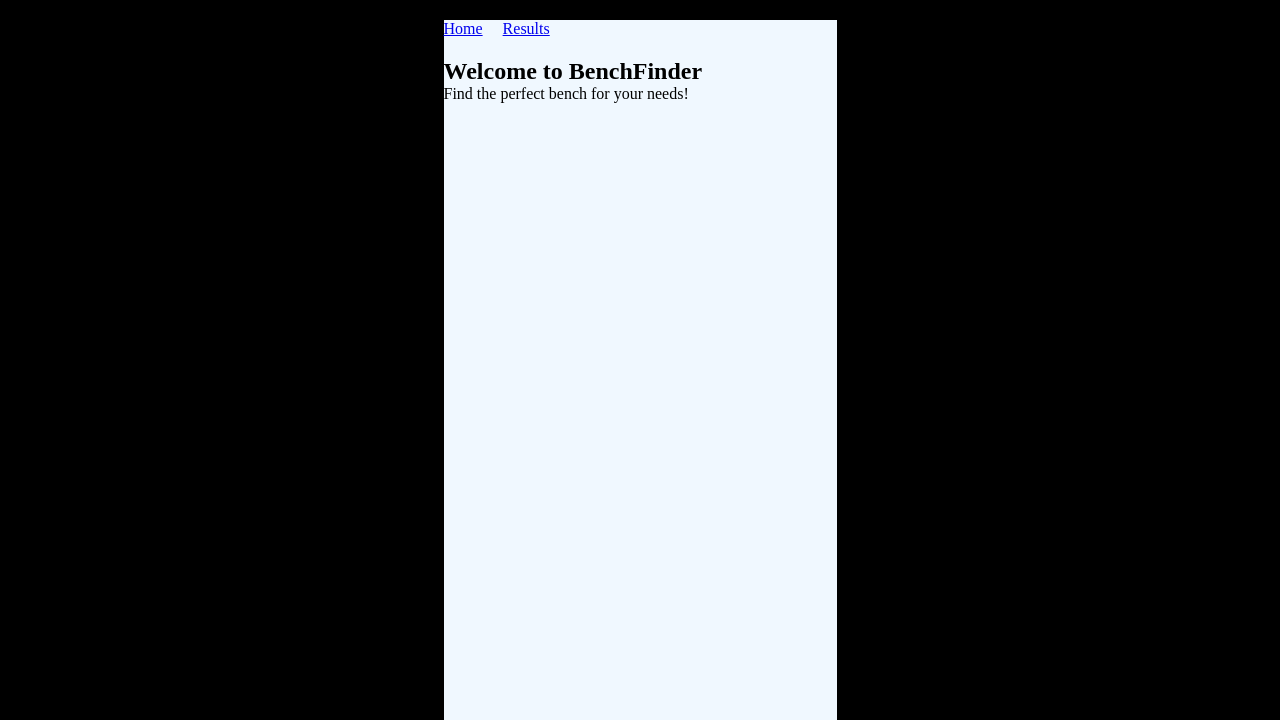
Repository: HidayatPatil/BenchFinder
Page: /
The author's editor kept a copy of each file at every save. The page is drawn from the files as they stood at one save, then again after the next save.
The browser window is 1280 px wide. The pictures show the whole page.
The project was rebuilt for these pictures with package versions that can differ from the ones it lists, and the page was loaded fresh each time. Also part of the build but not shown: vite.config.js, src/Results.jsx.

Above is the page before, as saved 2025-10-09 18:07:16.

### index.html
<!doctype html>
<html lang="en">
  <head>
    <meta charset="UTF-8" />
    <link rel="icon" type="image/svg+xml" href="/vite.svg" />
    <meta name="viewport" content="width=device-width, initial-scale=1.0" />
    <title>benchfinder</title>
  </head>
  <body>
    <div id="root"></div>
    <script type="module" src="/src/main.jsx"></script>
  </body>
</html>

### src/index.css
/* Reset default margins and padding */
* {
    margin: 0;
    padding: 0;
    box-sizing: border-box;
}

body, html {
    width: 100%;
    height: 100%;
    overflow: hidden;
    background-color: black;
    display: flex;
    justify-content: center;
    align-items: center;
}

#root {
    width: 393px;
    min-width: 320px;
    max-width: 425px;
    height: 100vh;
    background-color: rgb(0, 0, 0);
    position: relative;
}

.app_body {
    width: 393px;
    min-width: 320px;
    max-width: 425px;
    height: 100%;
    background-color: aliceblue;
    margin: 0 auto;
}

### src/App.jsx
import { Routes, Route, Link } from 'react-router-dom'
import Result from './Results'
import Home from './Home'

export default function App(){
  return (
    <div className="app_body">
      {/* <h1 className="container">BenchFinder App</h1> */}
      <nav style={{ marginTop: '20px' }}>
        <Link to="/" style={{ marginRight: '20px' }}>Home</Link>
        <Link to="/results">Results</Link>
      </nav>

      <Routes>
        <Route path="/" element={<Home />} />
        <Route path="/results" element={<Result />} />
      </Routes>
    </div>
  )
}

### src/Home.jsx
export default function Home() {
  return (
    <div style={{ marginTop: '20px' }}>
      <h2>Welcome to BenchFinder</h2>
      <p>Find the perfect bench for your needs!</p>
    </div>
  )
}

Loaded but not shown: src/main.jsx (common file)

After the next save:
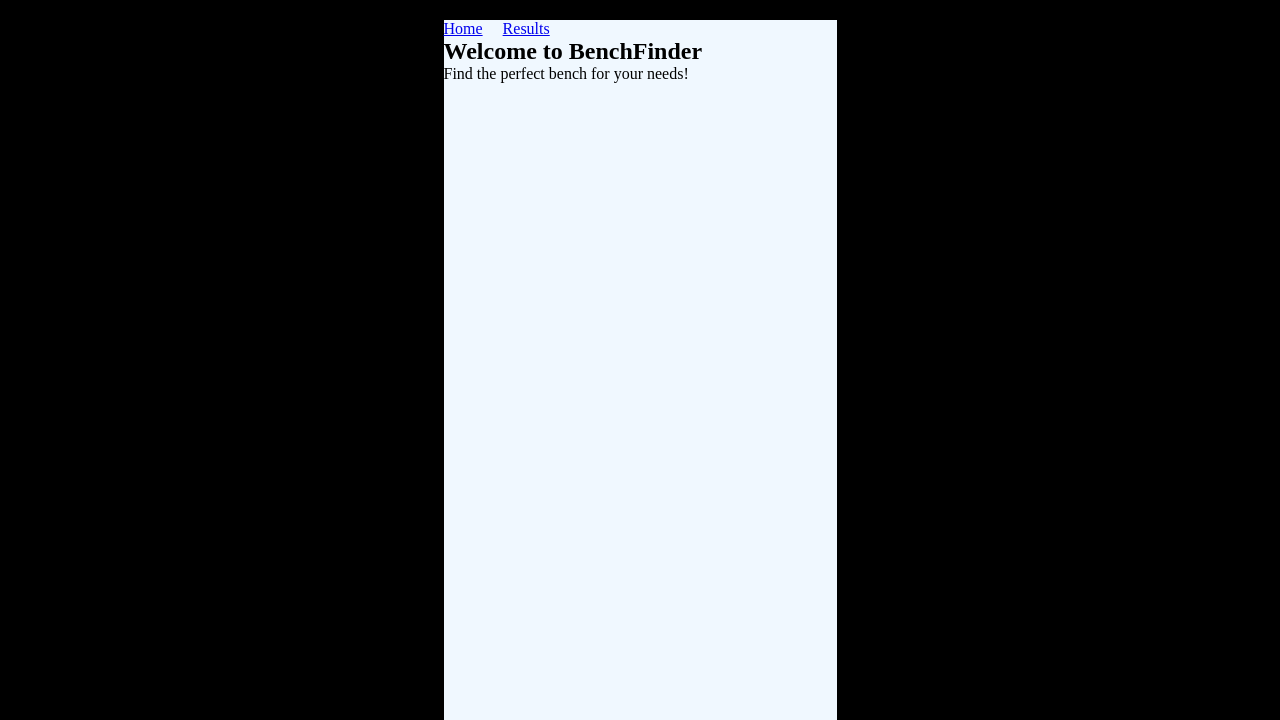
Saved 35 s later.
--- a/src/Home.jsx
+++ b/src/Home.jsx
@@ -1,6 +1,6 @@
 export default function Home() {
   return (
-    <div style={{ marginTop: '20px' }}>
+    <div>
       <h2>Welcome to BenchFinder</h2>
       <p>Find the perfect bench for your needs!</p>
     </div>
